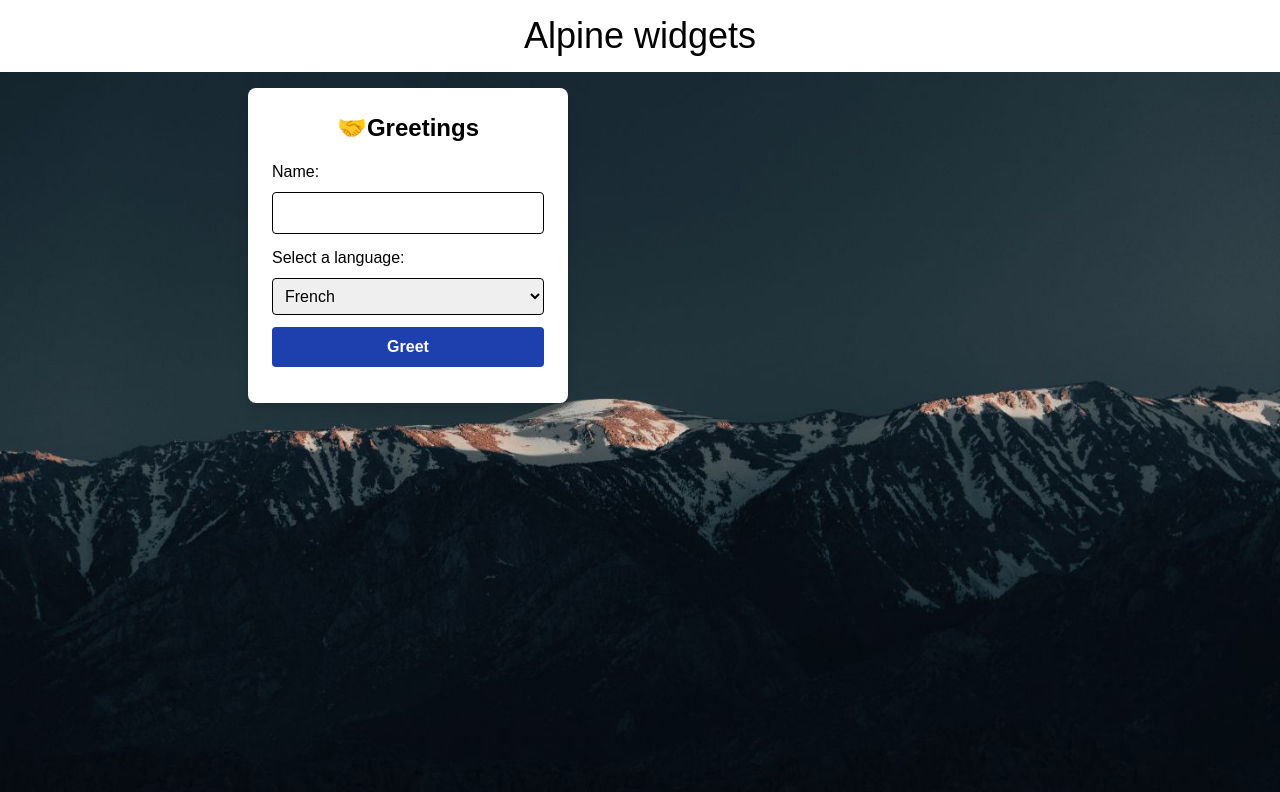
Repository: lasity34/alpine-bootcamp-widgets
Page: index.html
An editor plug-in stored every save of this project. The page is shown before and after the next save, followed by the edit.
The browser window is 1280 px wide. The pictures show the whole page.
Some web fonts or font styles are not loaded; a fallback is used. Some web libraries are served in a nearby version.

Above is the page before, as saved 2023-07-12 15:08:48.

After the next save:
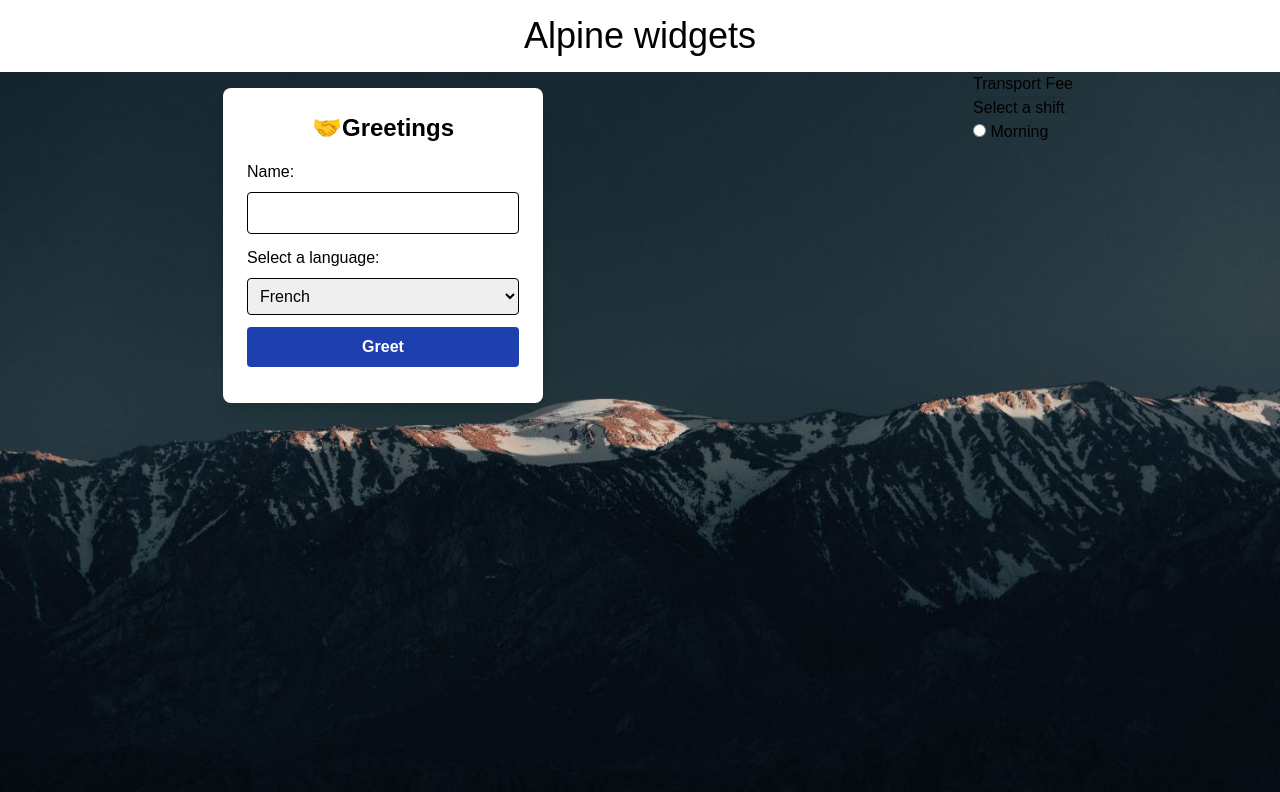
Console error: ReferenceError: shift is not defined
Saved 10 min 13 s later.
--- a/index.html
+++ b/index.html
@@ -67,6 +67,13 @@
         </div>
       </section>
       <div x-data="transportFee">
+        <h1>Transport Fee</h1>
+
+        <label>Select a shift</label>
+        <br>
+
+        <input type="radio" id="morning" name="shift" x-model="shift" value="morning" />
+        <label for="morning">Morning</label>
 
       </div>
     </div>
